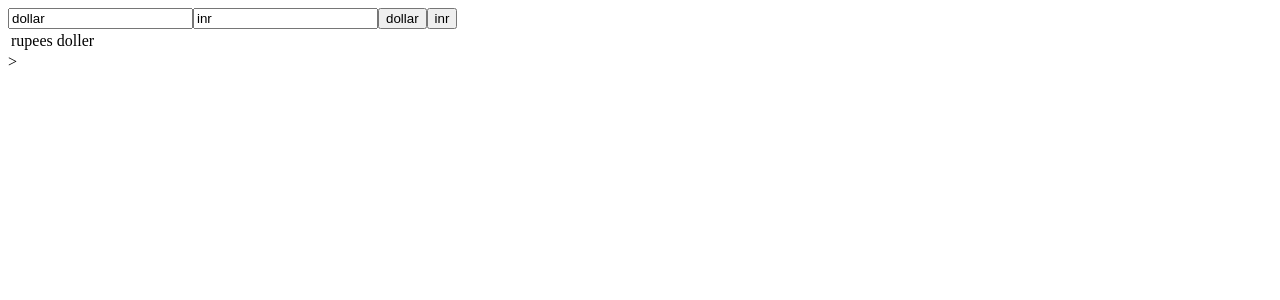
Repository: ravikumar0303/Advance-Java
Page: Factorial/src/main/webapp/factorial.html
These files come from the project's save history. The page is drawn as it stood at one moment and after the next save; the edit follows.
The browser window is 1280 px wide. The pictures show the whole page.

Above is the page before, as saved 2023-06-21 03:09:56.

After the next save:
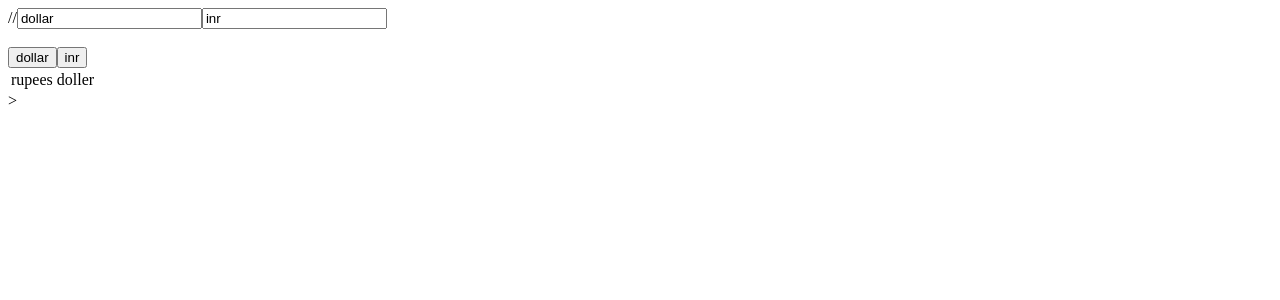
Saved 2 min 48 s later.
--- a/Factorial/src/main/webapp/factorial.html
+++ b/Factorial/src/main/webapp/factorial.html
@@ -7,9 +7,10 @@
 <body>
 <form>
 <table>
-<tr><td>rupees</td><td>doller</td></tr>
+//<tr><td>rupees</td><td>doller</td></tr>
  <input type="text" value="dollar" id="d1" placeholder="dollar"></input>
  <input type="text" value="inr" id="i1" placeholder="INR"></input>
+ <br></br>
 <input type="button" value="dollar" id="btn"></input>
 <input type="button" value="inr" id="btn"></input>
 </table>
